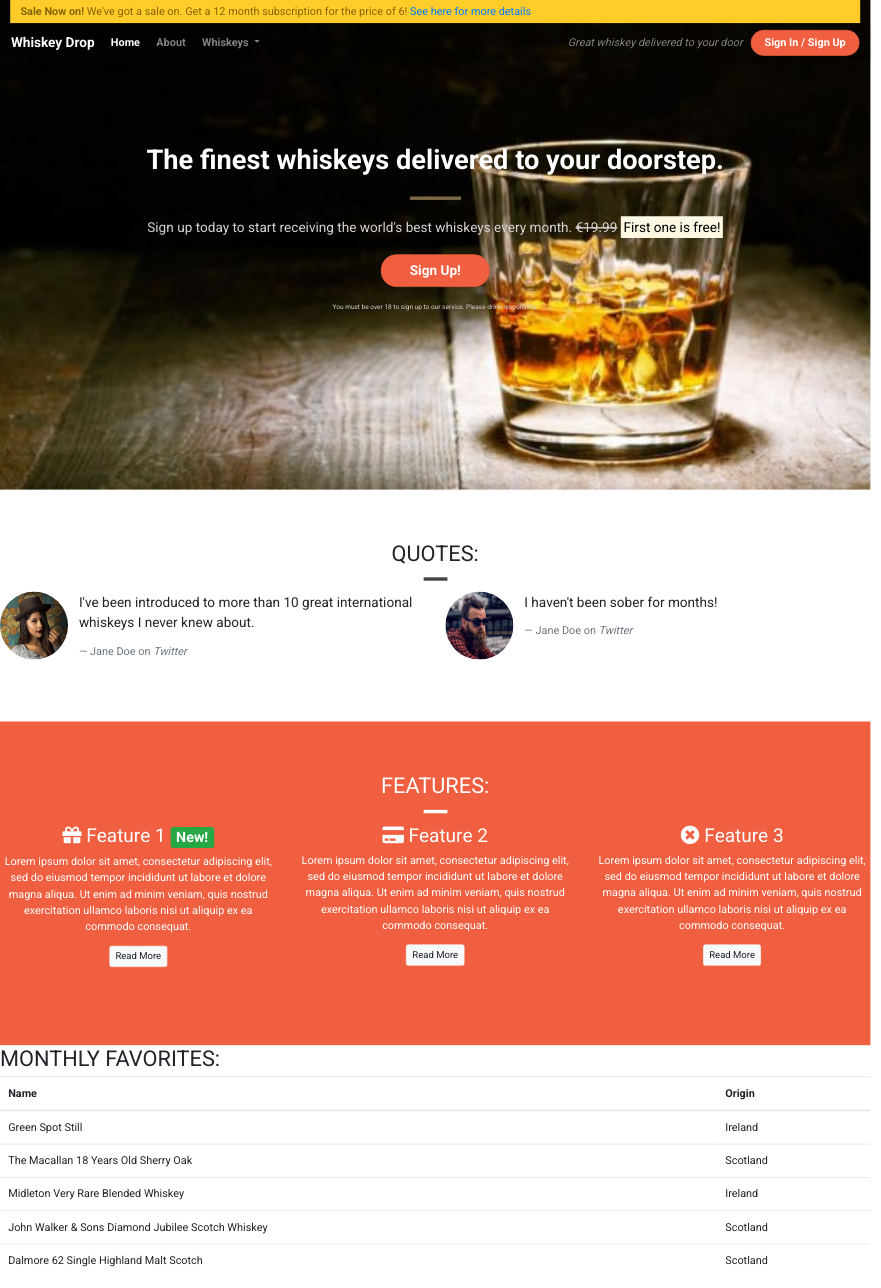
Repository: grisselfaura/BootstrappingYourNextBigIdea-BS4
Page: index.html
The author's editor kept a record of every edit. The page is drawn from the files as they stood at one moment, then again after the next edit.
The browser window is 1280 px wide. The page is 1295 px wide, so the pictures cover 1295 px, including what lies to the right of the window. The pictures show the whole page, at 68% of full size.
Backgrounds fixed to the window are drawn as part of the page. Some web libraries are served in a nearby version.

Above is the page before.

After the next edit:
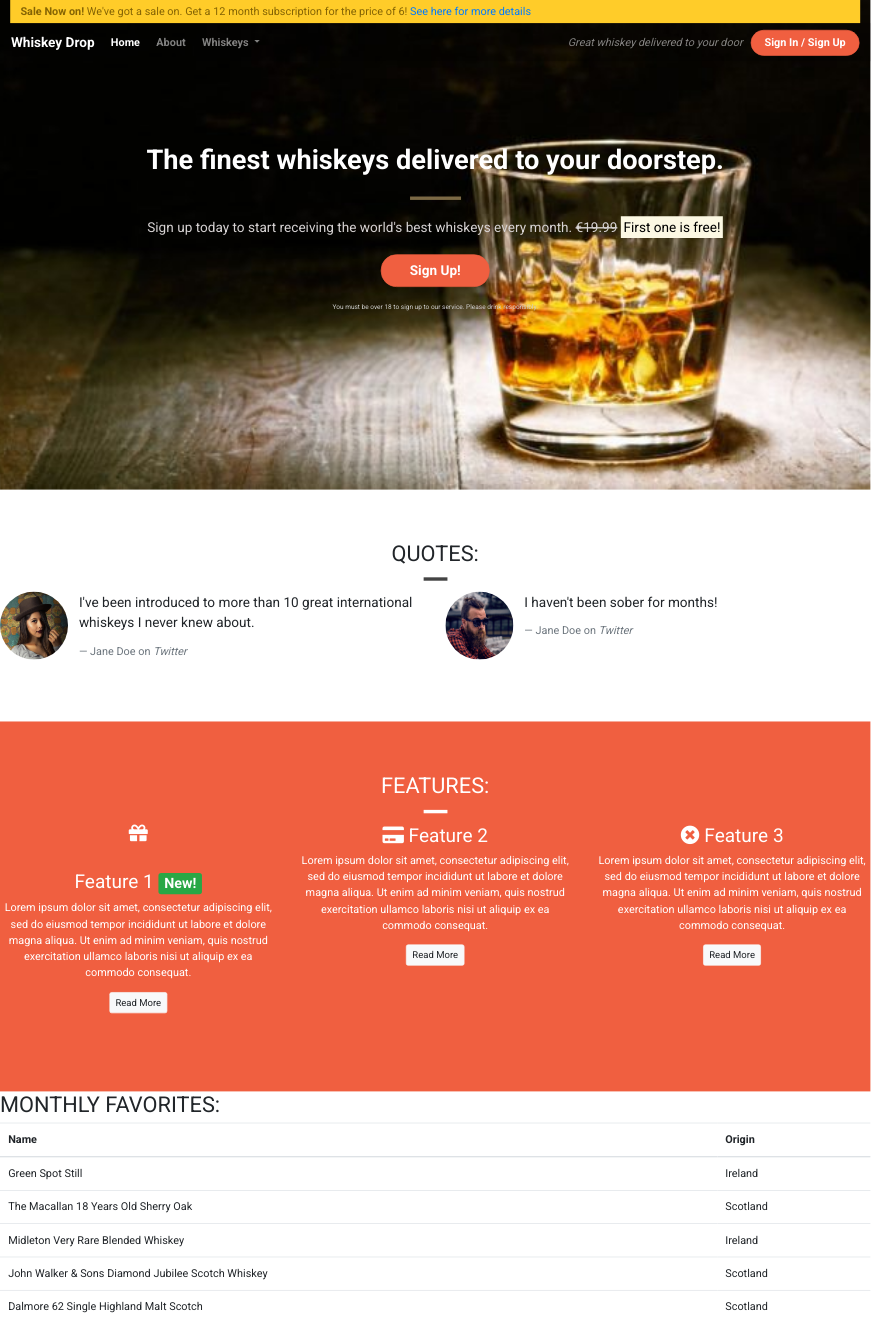
The edit:
--- a/index.html
+++ b/index.html
@@ -130,7 +130,7 @@
                 <div class="row">
                     <div class="col-12 col-md-6 col-lg-4">
                         <div class="feature">
-                            <h3><i class="fas fa-gift d-none d-sm-inline"></i> Feature 1 <span class="badge badge-success">New!</span></h3>
+                            <h3><i class="fas fa-gift d-none d-sm-block"></i> Feature 1 <span class="badge badge-success">New!</span></h3>
                             <p>Lorem ipsum dolor sit amet, consectetur adipiscing elit, sed do eiusmod tempor incididunt ut labore et dolore magna aliqua. Ut enim ad minim veniam, quis nostrud exercitation ullamco laboris nisi ut aliquip ex ea commodo consequat.</p>
                             <p><a class="btn btn-sm btn-light" href="">Read More</a></p>
                         </div>
